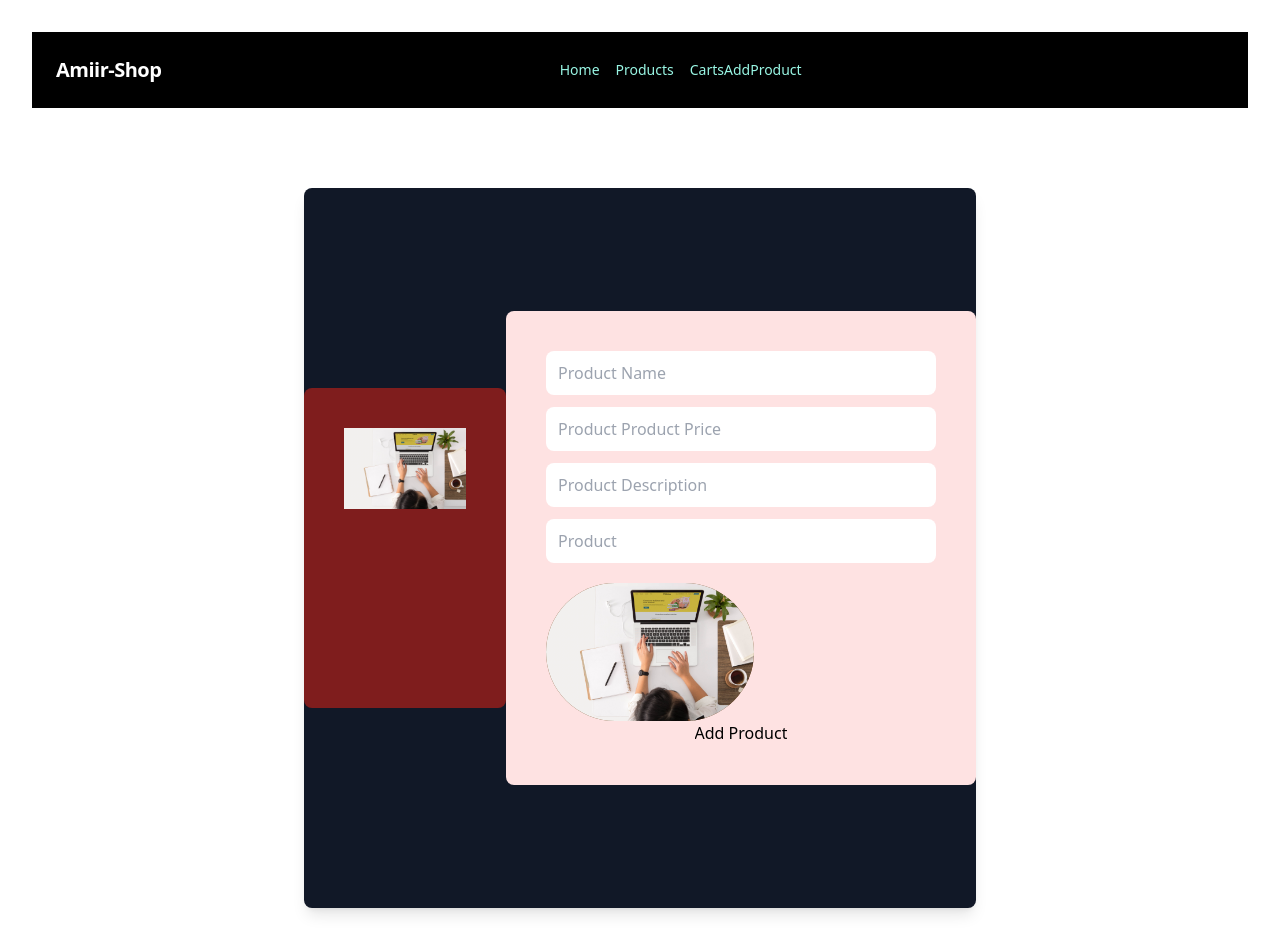
Repository: ENG-AMIIR-MUSE/ECommerce-app-using-react
Page: /addProducts
An editor plug-in stored every save of this project. The page is shown before and after the next save, followed by the edit.
The browser window is 1280 px wide. The pictures show the whole page.
The page's requests for data from a server got no answer. The project was rebuilt for these pictures with package versions that can differ from the ones it lists, and the page was loaded fresh each time. No one was signed in, and anything a server would have sent is missing. Also part of the build but not shown: vite.config.js, src/Components/productList.js, src/Components/productCard.js.

Above is the page before, as saved 2023-06-24 19:50:18.

After the next save:
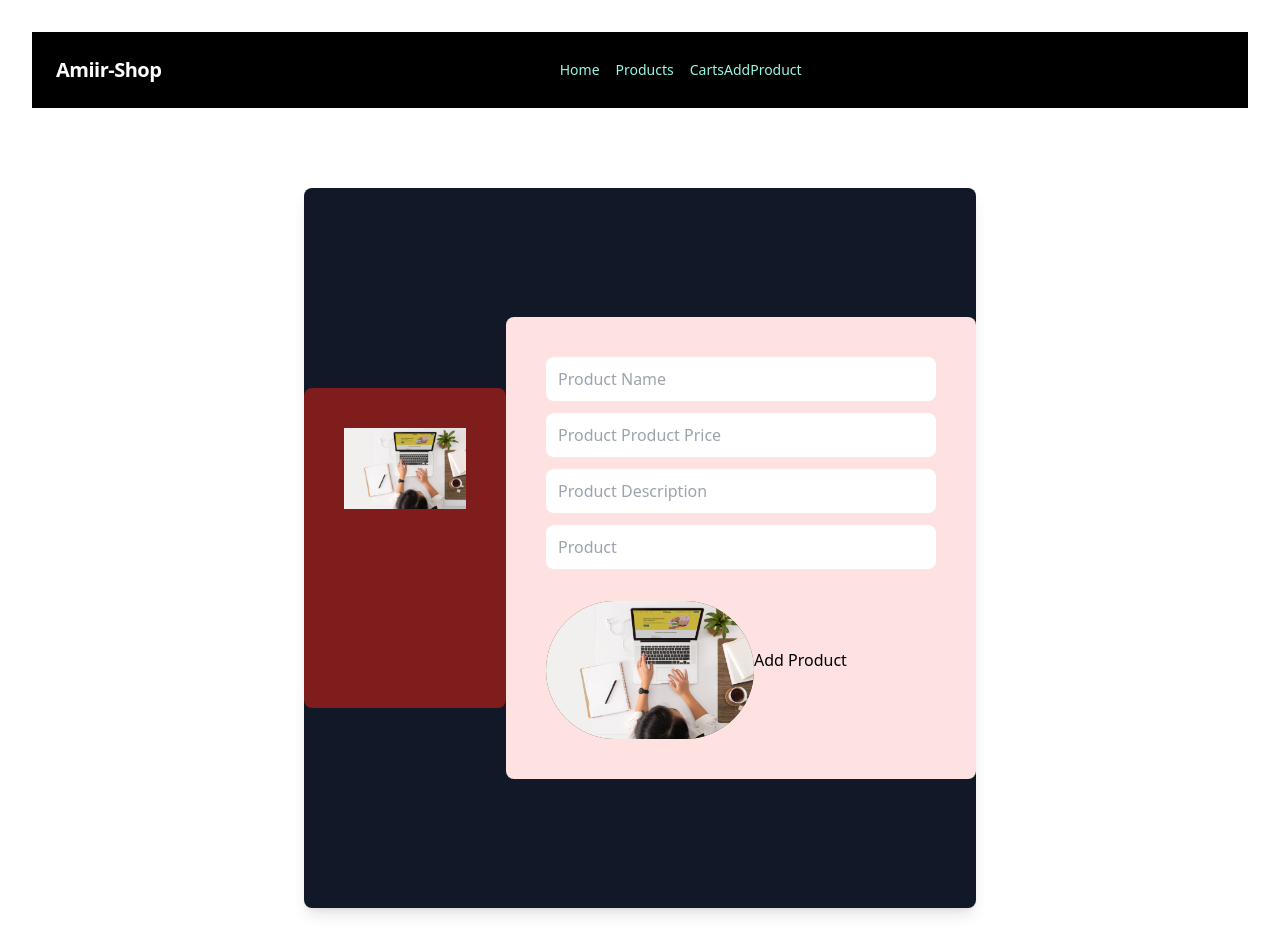
Saved 15 s later.
--- a/src/Components/AddProduct.jsx
+++ b/src/Components/AddProduct.jsx
@@ -15,7 +15,7 @@ const  AddProduct = ()=>{
           <input type="text"placeholder="Product Product Price" className="w-full rounded-lg h-11  pl-3"/>
           <input type="text"placeholder="Product Description" className="w-full rounded-lg h-11  pl-3"/>
            <input type="text" placeholder="Product"className="w-full rounded-lg h-11 pl-3 "/>
-           <div>
+           <div className="flex felx-row">
              <img src={reactsvg} alt="" className="rounded-full w-52 mt-5  max-w-md  object-contain bg-yellow-900" />
              <input type="submit" value="Add Product"/>
            </div>
